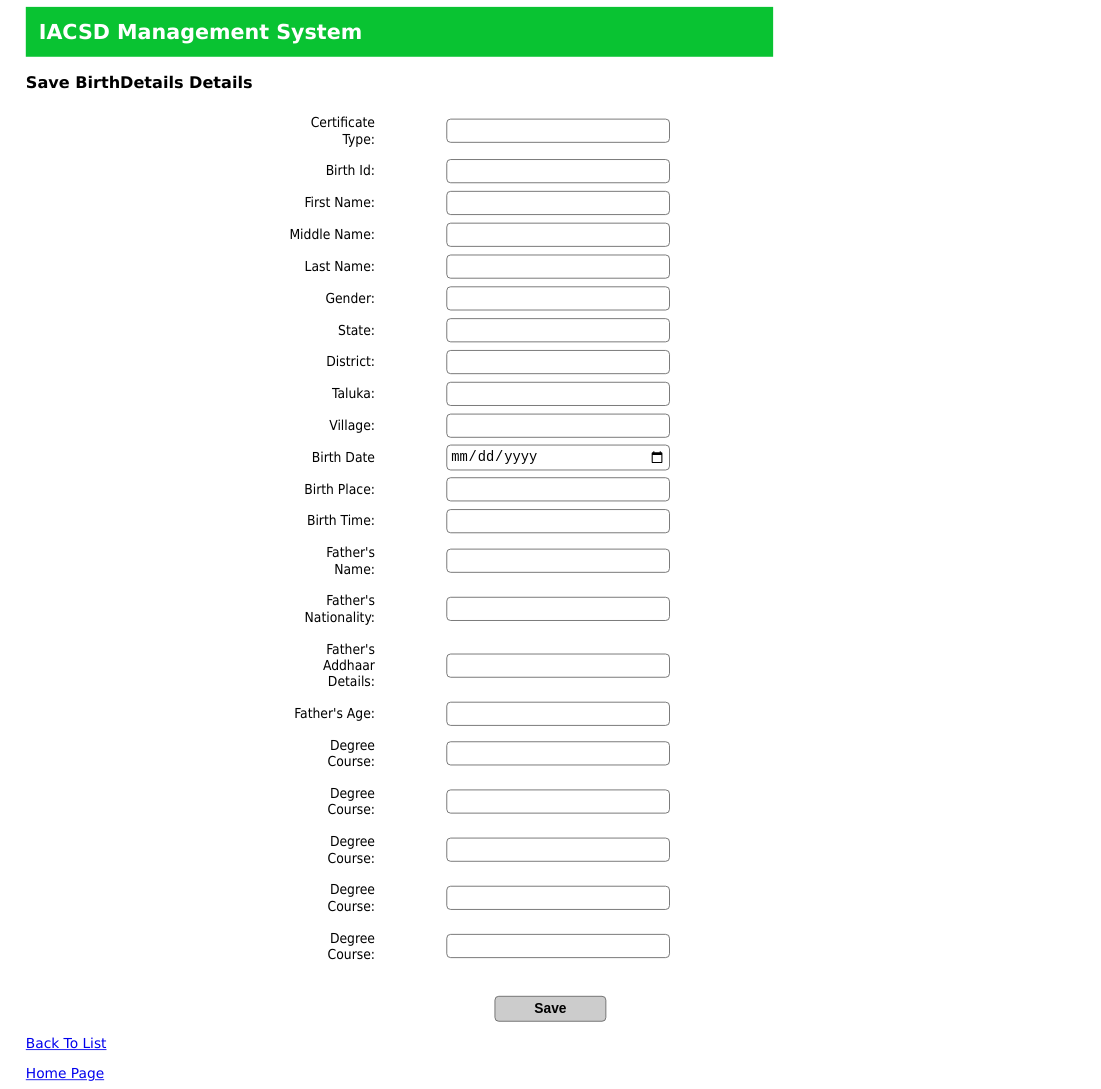
Repository: vsc8791/IMS
Page: http://localhost/epanchayat/WEB-INF/view/birthdetail-form.jsp
These files come from the project's save history. The page is drawn as it stood at one moment and after the next save; the edit follows.
The browser window is 1280 px wide. The pictures show the whole page, at 86% of full size.
The page is served by Tomcat 9. Nobody is signed in. Other server files are loaded and not shown. The template is opened directly, without the code that normally fills it, so the values that code supplies are empty.

Above is the page before, as saved 2018-07-29 23:45:11.

### epanchayat/WebContent/WEB-INF/view/birthdetail-form.jsp
 <%@ taglib prefix="form" uri="http://www.springframework.org/tags/form"%>
<!DOCTYPE html>
<html>
<head>

<title>Save BirthDetails</title>
<link type="text/css" rel="stylesheet"
	href="${pageContext.request.contextPath}/resources/css/style.css">

<title>Save BirthDetails</title>
<link type="text/css" rel="stylesheet"
	href="${pageContext.request.contextPath}/resources/css/add-customer-style.css">
</head>
<body>
	<div id="wrapper">
		<div id="header">
			<h2>IACSD Management System</h2>
		</div>
	</div>
	<div>
		<h3>Save BirthDetails Details</h3>
		<form:form action="saveBirthDetails" modelAttribute="birthDetails"
			method="POST">
			<!-- need to associate this data with BirthDetails Id -->
			<form:hidden path="id"/>

			<table align="center">
				<tbody>
					<tr>
						<td><label>Certificate Type:</label></td>
						<td><form:input path="certificate_type"  /></td>
					</tr>
					<tr>
						<td><label>Birth Id:</label></td>
						<td><form:input path="birthid" /></td>
					</tr>
					<tr>
						<td><label>First Name:</label></td>
						<td><form:input path="firstname" /></td>
					</tr>
					<tr>
						<td><label>Middle Name:</label></td>
						<td><form:input path="middlename"/></td>
					</tr>
					<tr>
						<td><label>Last Name:</label></td>
						<td><form:input path="lastname" /></td>
					</tr>
					<tr>
						<td><label>Gender:</label></td>
						<td><form:input path="gender" /></td>
					</tr>
					<tr>
						<td><label>State:</label></td>
						<td><form:input path="state"/></td>
					</tr>
					<tr>
						<td><label>District:</label></td>
						<td><form:input path="district"  /></td>
					</tr>
					<tr>
						<td><label>Taluka:</label></td>
						<td><form:input path="taluka"/></td>
					</tr>
					<tr>
						<td><label>Village:</label></td>
						<td><form:input path="village"/></td>
					</tr>
					<tr>
						<td><label>Birth Date</label></td>
						<td><form:input path="birthdate" type="date"/></td>
					</tr>
					<tr>
						<td><label>Birth Place:</label></td>
						<td><form:input path="birthplace"/></td>
					</tr>
					<tr>
						<td><label>Birth Time:</label></td>
						<td><form:input path="birthtime"/></td>
					</tr>
					<tr>
						<td><label>Father's Name:</label></td>
						<td><form:input path="fathername"/></td>
					</tr>
					<tr>
						<td><label>Father's Nationality:</label></td>
						<td><form:input path="fathernationality"/></td>
					</tr>
					<tr>
						<td><label>Father's Addhaar Details:</label></td>
						<td><form:input path="fadhaar" type="number"/></td>
					</tr>
					<tr>
						<td><label>Father's Age:</label></td>
						<td><form:input path="fage" type="number"/></td>
					</tr>

					<tr>
						<td><label>Degree Course:</label></td>
						<td><form:input path="mothername"/></td>
					</tr>
					<tr>
						<td><label>Degree Course:</label></td>
						<td><form:input path="motheradhaar"/></td>
					</tr>
					<tr>
						<td><label>Degree Course:</label></td>
						<td><form:input path="mothernationality"/></td>
					</tr>
					<tr>
						<td><label>Degree Course:</label></td>
						<td><form:input path="mage"/></td>
					</tr>
					<tr>
						<td><label>Degree Course:</label></td>
						<td><form:input path="referedby"/></td>
					</tr>
				</tbody>

			</table>
			<center><input  type="submit" value="Save" class="save" /></center>
		</form:form>
		<!--  <center><input  type="submit" value="Save" class="save"/> </center> -->
		<div style="clear;both;"></div>
		<p><a href="${pageContext.request.contextPath}/birthDetails/list">Back To List</a></p>
			<a href="http://localhost:8082/epanchayat/">Home Page</a>
	</div>

</body>


</html>

### epanchayat/WebContent/resources/css/style.css
html, body{
	margin-left:15px; margin-right:15px;
	padding:0px;
	font-family:Verdana, Arial, Helvetica, sans-serif;
}

table {
	border-collapse:collapse;
	border-bottom:1px solid gray;
	font-family: Tahoma,Verdana,Segoe,sans-serif;
	width:72%;
}

th {
	border-bottom:1px solid gray;
	background:none repeat scroll 0 0 #ca0702;
	padding:10px;
	color: #FFFFFF;
}

tr {
	border-top:1px solid gray;
	text-align:center;
}

tr:nth-child(even) {background: #FFFFFF}
tr:nth-child(odd) {background: #BBBBBB}

#wrapper {width: 100%; margin-top: 0px; }
#header {width: 70%; background:#09c332; margin-top: 0px; padding:15px 0px 15px 15px;}
#header h2 {width: 100%; margin:auto; color: #FFFFFF;}
#container {width: 100%; margin:auto}
#container h3 {color: #000;}
#container #content {margin-top: 20px;}

.add-button {
	border: 1px solid #666;
	border-radius: 5px;
	padding: 4px;
	font-size: 12px;
	font-weight: bold;
	width: 120px;
	padding: 5px 10px;

	margin-bottom: 15px;
	background: #cccccc;
}

Loaded but not shown: epanchayat/WebContent/resources/css/add-customer-style.css (common file)

After the next save:
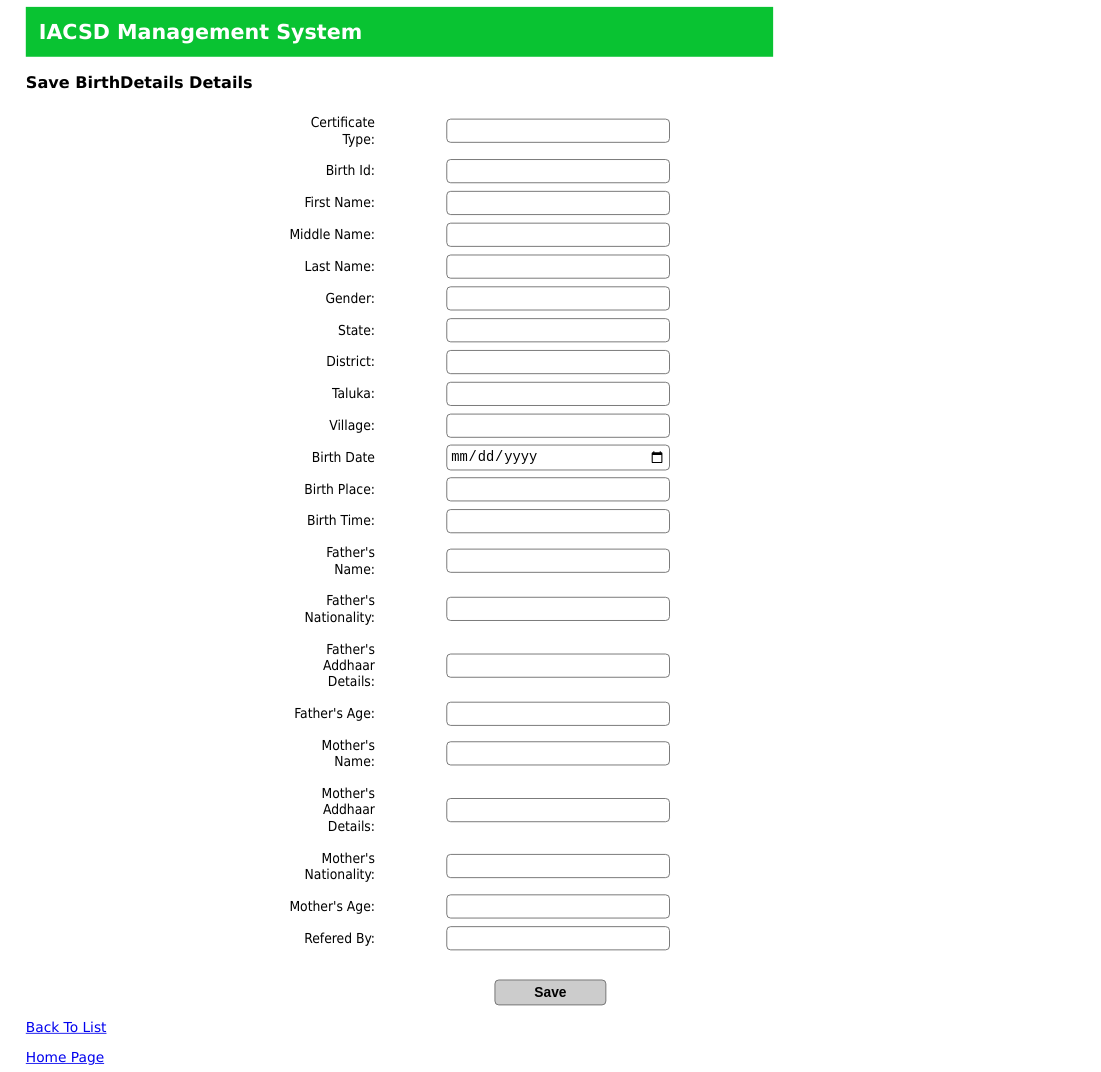
Saved 2 min 13 s later.
--- a/epanchayat/WebContent/WEB-INF/view/birthdetail-form.jsp
+++ b/epanchayat/WebContent/WEB-INF/view/birthdetail-form.jsp
@@ -96,23 +96,23 @@
 					</tr>
 
 					<tr>
-						<td><label>Degree Course:</label></td>
+						<td><label>Mother's Name:</label></td>
 						<td><form:input path="mothername"/></td>
 					</tr>
 					<tr>
-						<td><label>Degree Course:</label></td>
-						<td><form:input path="motheradhaar"/></td>
+						<td><label>Mother's Addhaar Details:</label></td>
+						<td><form:input path="motheradhaar" type="number"/></td>
 					</tr>
 					<tr>
-						<td><label>Degree Course:</label></td>
+						<td><label>Mother's Nationality:</label></td>
 						<td><form:input path="mothernationality"/></td>
 					</tr>
 					<tr>
-						<td><label>Degree Course:</label></td>
-						<td><form:input path="mage"/></td>
+						<td><label>Mother's Age:</label></td>
+						<td><form:input path="mage" type="number"/></td>
 					</tr>
 					<tr>
-						<td><label>Degree Course:</label></td>
+						<td><label>Refered By:</label></td>
 						<td><form:input path="referedby"/></td>
 					</tr>
 				</tbody>
